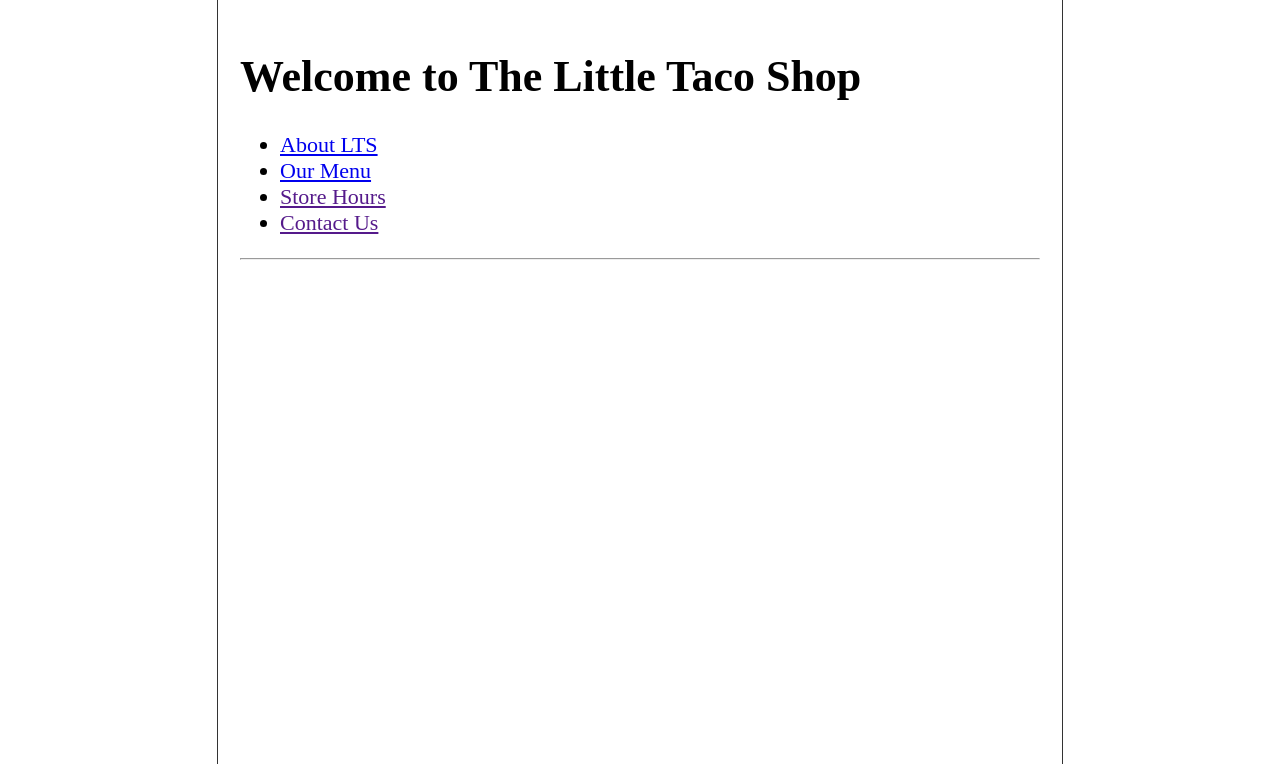
Repository: Israa-Odeh/html-basics-project
Page: index.html
These files come from the project's save history. The page is drawn as it stood at one moment and after a run of saves; the edit follows.
The browser window is 1280 px wide. The pictures show the whole page.

Above is the page before, as saved 2024-08-20 01:35:50.

### index.html
<!DOCTYPE html>
<html lang="en">

<head>
    <meta charset="UTF-8">
    <meta name="author" content="Israa Odeh">
    <meta name="description"
        content="Welcome to Discover the ultimate taco experience at our little taco shop. Explore our diverse menu featuring delicious, authentic tacos made with fresh ingredients. From classic favorites to inventive new flavors, our taco shop offers a vibrant atmosphere and exceptional service. Join us for a taste of perfection in every bite!">
    <title>Little Taco Shop</title>
    <link rel="icon" href="favicon.ico" type="image/x-icon">
    <link rel="stylesheet" href="css/style.css">
</head>

<body>
    <header>
        <h1>Welcome to The Little Taco Shop</h1>
        <nav>
            <ul>
                <li>
                    <a href="#about">About LTS</a>
                </li>
                <li>
                    <a href="#menu">Our Menu</a>
                </li>
                <li>
                    <a href="">Store Hours</a>
                </li>
                <li>
                    <a href="">Contact Us</a>
                </li>
            </ul>
        </nav>
    </header>

    <hr>

    <main>
        <article id="about">

        </article>

        <article>

        </article>

    </main>

    <footer>

    </footer>

</body>

</html>

Loaded but not shown: css/style.css (common file)

After the next 2 saves:
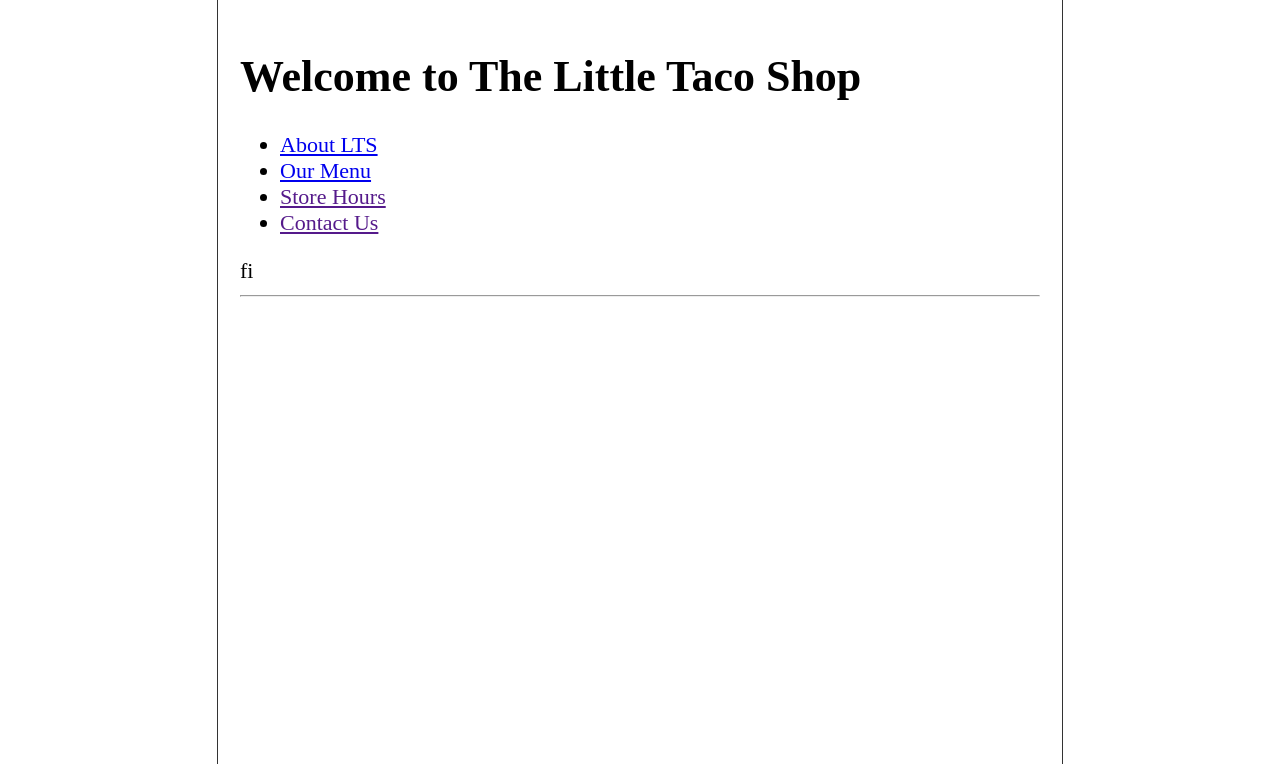
The 2 saves are shown as one change because they came seconds apart.
The last was saved 19 s later.
--- a/index.html
+++ b/index.html
@@ -29,6 +29,8 @@
                     <a href="">Contact Us</a>
                 </li>
             </ul>
+
+            fi
         </nav>
     </header>
 

After the save that followed:
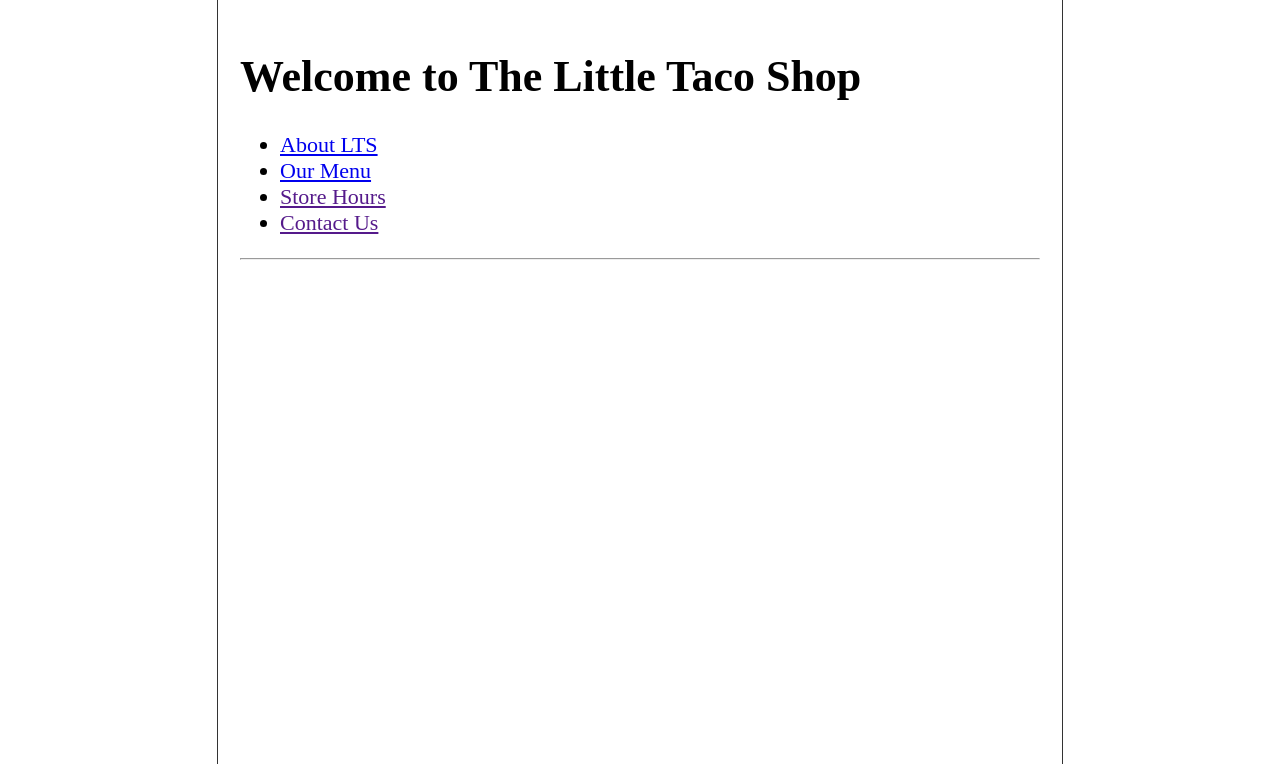
Saved 4 s later.
--- a/index.html
+++ b/index.html
@@ -30,7 +30,9 @@
                 </li>
             </ul>
 
-            fi
+            <figure>
+
+            </figure>
         </nav>
     </header>
 
